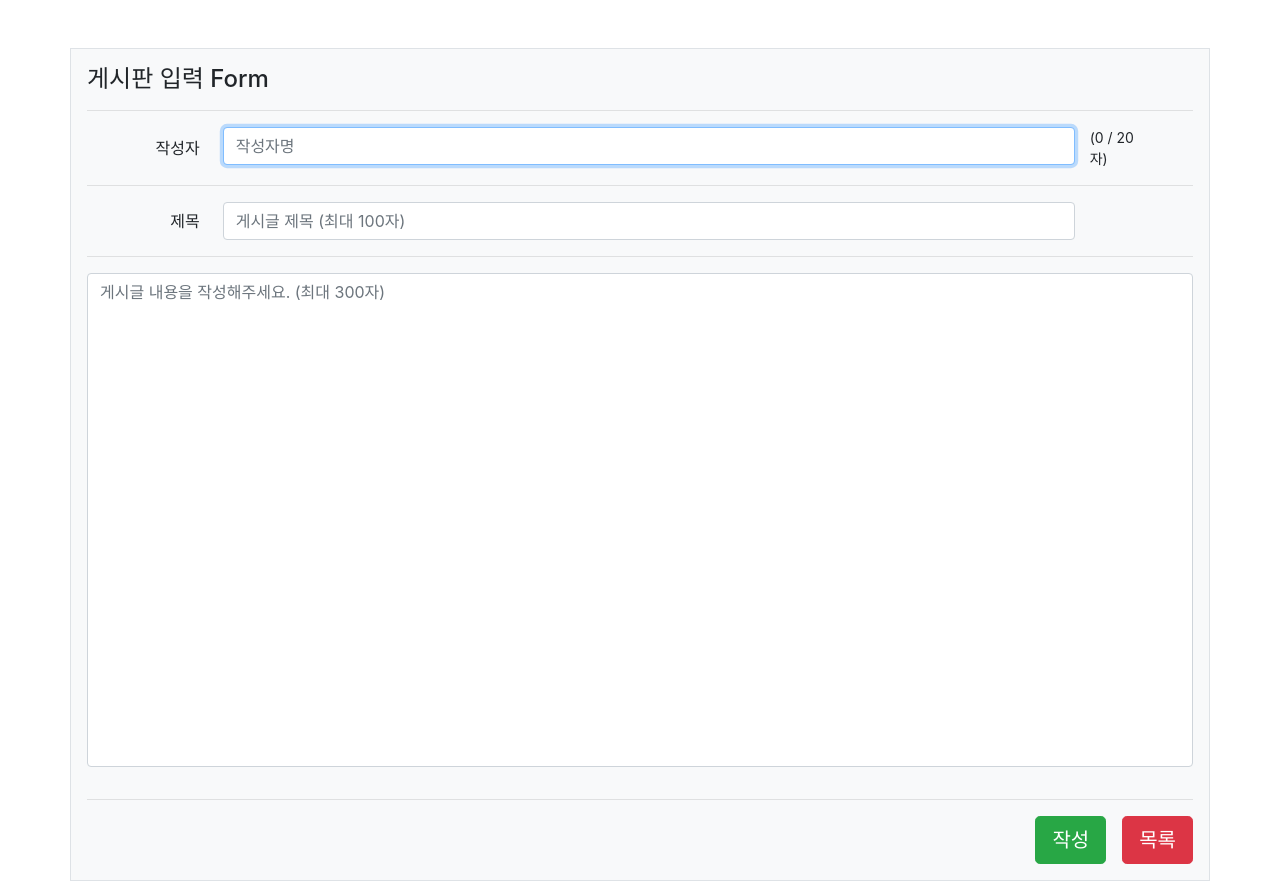
Repository: rasz60/ezen
Page: http://localhost/jspMVC/
The author's editor kept a copy of each file at every save. The page is drawn from the files as they stood at one save, then again after the next save.
The browser window is 1280 px wide. The pictures show the whole page.
Some web libraries are served in a nearby version. The page is served by Tomcat 9. Other server files are loaded and not shown.

Above is the page before, as saved 2022-02-15 02:23:25.

### 04_jsp_servlet-workspace/jspMVC/src/main/webapp/writeForm.jsp
<%@ page language="java" contentType="text/html; charset=UTF-8"
    pageEncoding="UTF-8"%>
<%@ taglib prefix="c" uri="http://java.sun.com/jsp/jstl/core" %>
<%@ taglib prefix="fmt" uri="http://java.sun.com/jsp/jstl/fmt" %>
<%@ taglib prefix="sql" uri="http://java.sun.com/jsp/jstl/sql" %>
<%@ taglib prefix="x" uri="http://java.sun.com/jsp/jstl/xml" %>
<%@ taglib prefix="fn" uri="http://java.sun.com/jsp/jstl/functions" %>

<!DOCTYPE html>
<html lang="ko">
<head>
<meta charset="UTF-8">
<meta name="viewport" content="width=device-width, initial-scale=1">
<link rel="stylesheet" href="https://cdn.jsdelivr.net/npm/bootstrap@4.6.1/dist/css/bootstrap.min.css">
<link rel="stylesheet" href="https://pro.fontawesome.com/releases/v5.10.0/css/all.css"
	  integrity="sha384-AYmEC3Yw5cVb3ZcuHtOA93w35dYTsvhLPVnYs9eStHfGJvOvKxVfELGroGkvsg+p"
	  crossorigin="anonymous"/>
<script src="https://ajax.googleapis.com/ajax/libs/jquery/3.5.1/jquery.min.js"></script>
<script src="https://cdn.jsdelivr.net/npm/popper.js@1.16.1/dist/umd/popper.min.js"></script>
<script src="https://cdn.jsdelivr.net/npm/bootstrap@4.6.1/dist/js/bootstrap.bundle.min.js"></script>
<script type="text/javascript" src="script/board.js"></script>
<title>게시판 입력 Form</title>
<style>
@import url('https://fonts.googleapis.com/css2?family=Noto+Sans+KR:wght@100;300;400&display=swap');;
* {
	font-family: 'Noto Sans KR', sans-serif;
}

textarea {
	resize: none;
	background-color: transparent;
}
</style>
</head>

<body>

<div class="container p-3 border bg-light mt-5">
	<h4>게시판 입력 Form</h4>
	<hr />

	<form action="write.do" method="post" name="form">
		<div class="form-group row">
			<label for="bName" class="col-1 text-right ml-5 mr-2 my-auto" >작성자</label>
			<input type="text" name="bName" id="bName" class="form-control col-9" autofocus placeholder="작성자명"/>
			<small class="d-flex col-1 mt-auto" id="bNameCount">(0 / 20 자)</small>
		</div>
		<hr />
		<div class="form-group row">
			<label for="bTitle" class="col-1 text-right ml-5 mr-2 my-auto">제목</label>
			<input type="text" name="bTitle" id="bTitle" class="form-control col-9" placeholder="게시글 제목 (최대 100자)"/>
			<small class="d-flex col-1 mt-auto" id="bTitleCount"></small>
		</div>
		<hr />
		<div class="form-group text-center">
			<textarea name="bContent" id="bContent" cols="100" rows="20" class="form-control" placeholder="게시글 내용을 작성해주세요. (최대 300자)"></textarea>
		</div>
		<span class="d-flex justify-content-end" id="bContentCount"></span>
		<hr />
		<div class="d-flex justify-content-end">
			<input type="submit" value="작성" class="btn btn-success btn-lg mr-3" onclick="return checkWrite()" />
			<a href="list.do"><input type="button" value="목록" class="btn btn-danger btn-lg" /></a>
		</div>
	</form>
</div>
</body>
</html>

### 04_jsp_servlet-workspace/jspMVC/src/main/java/com/wvwv/jspMVC/controller/BFrontController.java
package com.wvwv.jspMVC.controller;

import java.io.IOException;

import javax.servlet.RequestDispatcher;
import javax.servlet.ServletException;
import javax.servlet.annotation.WebServlet;
import javax.servlet.http.HttpServlet;
import javax.servlet.http.HttpServletRequest;
import javax.servlet.http.HttpServletResponse;

import com.wvwv.jspMVC.command.BCommand;
import com.wvwv.jspMVC.command.BWriteCommand;

/**
 * Servlet implementation class BFrontController
 */
@WebServlet("*.do")
public class BFrontController extends HttpServlet {
	private static final long serialVersionUID = 1L;

	BCommand command;

    /**
     * @see HttpServlet#HttpServlet()
     */
    public BFrontController() {
        super();
    }

	/**
	 * @see HttpServlet#doGet(HttpServletRequest request, HttpServletResponse response)
	 */
	protected void doGet(HttpServletRequest request, HttpServletResponse response) throws ServletException, IOException {
		System.out.println("doGet()");
		actionDo(request, response);
	}

	/**
	 * @see HttpServlet#doPost(HttpServletRequest request, HttpServletResponse response)
	 */
	protected void doPost(HttpServletRequest request, HttpServletResponse response) throws ServletException, IOException {
		System.out.println("doPost()");
		request.setCharacterEncoding("UTF-8");
		doGet(request, response);
	}

	protected void actionDo(HttpServletRequest request, HttpServletResponse response) throws ServletException, IOException {
		System.out.println("actionDo()");

		request.setCharacterEncoding("UTF-8");

		// RequestDispatcher로 이동할 페이지 url
		String viewPage = null;

		// request를 실제로 수행할 command class path
		BCommand command = null;

		// request uri(contextPath + command)에서 contextPath를 제외한 command 값만 저장
		String uri = request.getRequestURI();
		String cntxtPath = request.getContextPath();
		String cmd = uri.substring(cntxtPath.length());

		if( cmd.equals("/") ) {
			viewPage = "writeForm.jsp";
		} else if ( cmd.equals("/write.do") ) {
			command = new BWriteCommand();
			command.execute(request, response);
			viewPage = "list.do";
		}



		RequestDispatcher dispatcher = request.getRequestDispatcher(viewPage);
		dispatcher.forward(request, response);
	}
}

### 04_jsp_servlet-workspace/jspMVC/src/main/webapp/script/board.js
function checkWrite() {
	if(document.form.bName.value.length == 0 || document.form.bName.value.length > 20) {
		alert("작성자명을 20자내로 입력하세요.");
		document.form.bName.focus();
		return false;
	}

	if(document.form.bTitle.value.length == 0 || document.form.bTitle.value.length > 100) {
		alert("제목을 100자내로 입력하세요.");
		document.form.bTitle.focus();
		return false;
	}

	if(document.form.bContent.value.length == 0 || document.form.bContent.value.length > 300) {
		alert("내용을 300자내로 입력하세요.");
		document.form.bContent.focus();
		return false;
	}

	return true;
};


$("#bName").keyup(function(e) {
	var content = $(this).val();
	$("#bNameCount").html("(" + content.length + " / 20 자)");
});

After the next save:
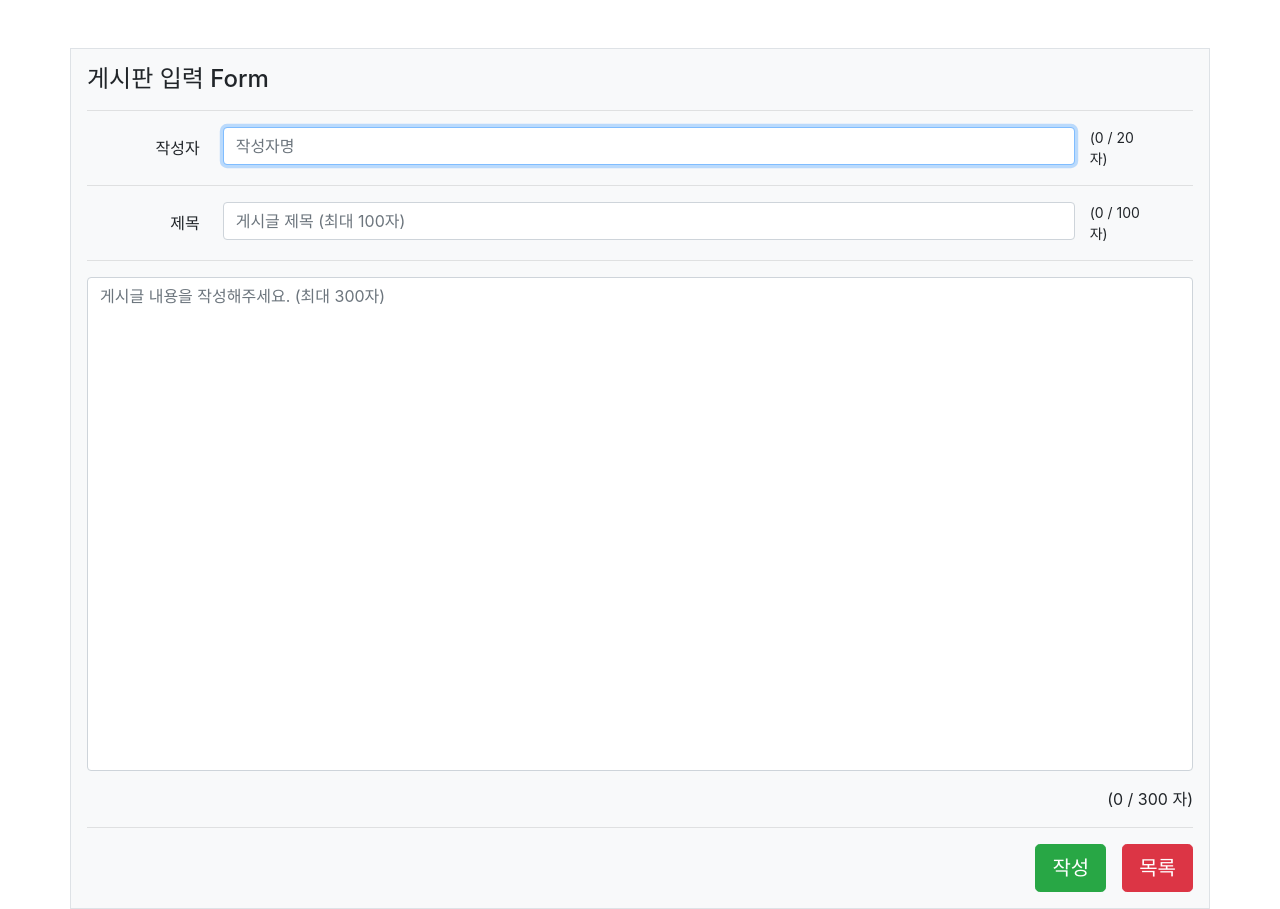
Saved 94 s later.
--- a/04_jsp_servlet-workspace/jspMVC/src/main/webapp/writeForm.jsp
+++ b/04_jsp_servlet-workspace/jspMVC/src/main/webapp/writeForm.jsp
@@ -49,13 +49,13 @@ textarea {
 		<div class="form-group row">
 			<label for="bTitle" class="col-1 text-right ml-5 mr-2 my-auto">제목</label>
 			<input type="text" name="bTitle" id="bTitle" class="form-control col-9" placeholder="게시글 제목 (최대 100자)"/>
-			<small class="d-flex col-1 mt-auto" id="bTitleCount"></small>
+			<small class="d-flex col-1 mt-auto" id="bTitleCount">(0 / 100 자)</small>
 		</div>
 		<hr />
 		<div class="form-group text-center">
 			<textarea name="bContent" id="bContent" cols="100" rows="20" class="form-control" placeholder="게시글 내용을 작성해주세요. (최대 300자)"></textarea>
 		</div>
-		<span class="d-flex justify-content-end" id="bContentCount"></span>
+		<span class="d-flex justify-content-end" id="bContentCount">(0 / 300 자)</span>
 		<hr />
 		<div class="d-flex justify-content-end">
 			<input type="submit" value="작성" class="btn btn-success btn-lg mr-3" onclick="return checkWrite()" />
--- a/04_jsp_servlet-workspace/jspMVC/src/main/webapp/script/board.js
+++ b/04_jsp_servlet-workspace/jspMVC/src/main/webapp/script/board.js
@@ -19,9 +19,3 @@ function checkWrite() {
 
 	return true;
 };
-
-
-$("#bName").keyup(function(e) {
-	var content = $(this).val();
-	$("#bNameCount").html("(" + content.length + " / 20 자)");
-});
